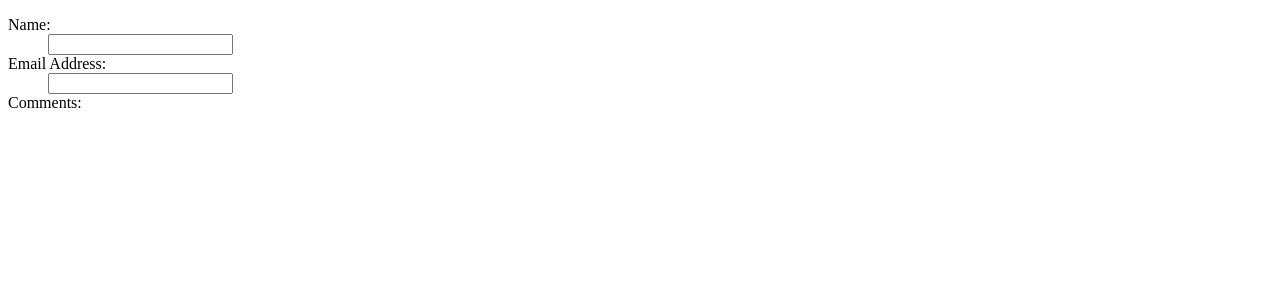
Repository: NetGary0430/htdocs
Page: http://localhost/action.php
These files come from the project's save history. The page is drawn as it stood at one moment and after the next save; the edit follows.
The browser window is 1280 px wide. The pictures show the whole page.
The page is run by PHP 8.4 with error messages shown; the project is at /var/www/html/.

Above is the page before, as saved 2025-03-09 16:50:25.

### action.php
<!DOCTYPE html>
<html lang="en">
<head>
    <meta charset="UTF-8">
    <meta name="viewport" content="width=device-width, initial-scale=1.0">
    <title>action</title>
</head>
<body>
    <form action = "action_handler.php" method = "POST">
        <dl>
            <dt> Name:
            <dd><input type = "text" name = "name">
            <dt>Email Address:
            <dd><input type = "test" name = "mail">
            <dt>Comments:
            <dd><text a
        </dl>
    </form>
</body>
</html>

After the next save:
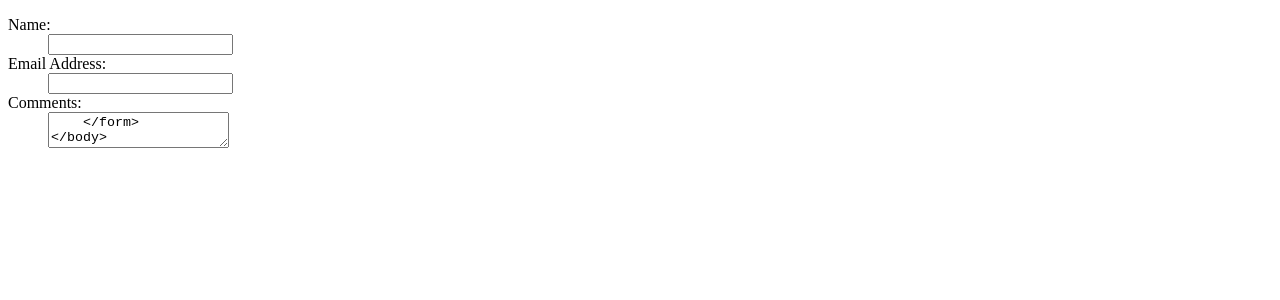
Saved 4 s later.
--- a/action.php
+++ b/action.php
@@ -13,7 +13,7 @@
             <dt>Email Address:
             <dd><input type = "test" name = "mail">
             <dt>Comments:
-            <dd><text a
+            <dd><textarea
         </dl>
     </form>
 </body>
